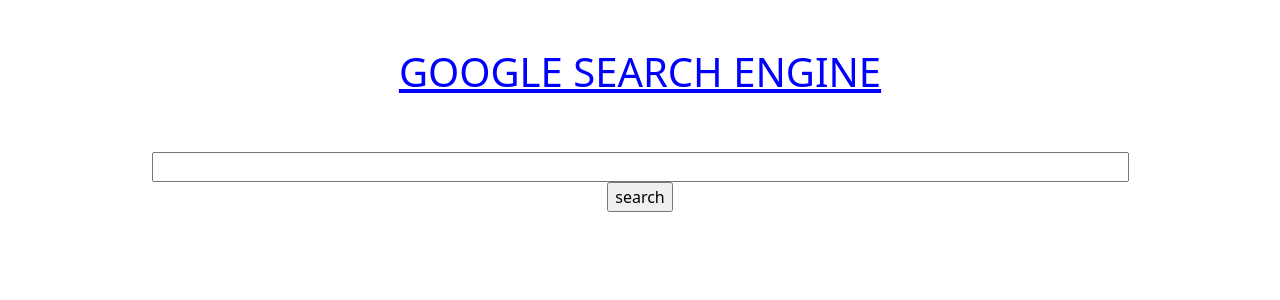
Repository: VOVALDASBHAVYA/SecondCommitedADVjava_servlets
Page: servltesProject/SendRedirectDemo/src/main/webapp/search.html
These files come from the project's save history. The page is drawn as it stood at one moment and after the next save; the edit follows.
The browser window is 1280 px wide. The pictures show the whole page.

Above is the page before, as saved 2022-10-18 10:56:09.

### servltesProject/SendRedirectDemo/src/main/webapp/search.html
<!DOCTYPE html>
<html>
<head>
<meta charset="ISO-8859-1">
<!-- CSS only -->
<link href="https://cdn.jsdelivr.net/npm/bootstrap@5.2.2/dist/css/bootstrap.min.css" rel="stylesheet" integrity="sha384-Zenh87qX5JnK2Jl0vWa8Ck2rdkQ2Bzep5IDxbcnCeuOxjzrPF/et3URy9Bv1WTRi" crossorigin="anonymous">
<!-- JavaScript Bundle with Popper -->
<script src="https://cdn.jsdelivr.net/npm/bootstrap@5.2.2/dist/js/bootstrap.bundle.min.js" integrity="sha384-OERcA2EqjJCMA+/3y+gxIOqMEjwtxJY7qPCqsdltbNJuaOe923+mo//f6V8Qbsw3" crossorigin="anonymous"></script>
<title>MY GOOGLE SEARCH</title>
</head>
<body>
<div class="container">
<br><br>
<center style=color:blue><h1><u>GOOGLE SEARCH ENGINE</u></h1></center>
<br><br>
<form action="./search" method="post">
<div class="mb-3">
<center><input type="text" name="data" size="100"/>
<br>
<input type="submit" value="search"/>
</center>
</div>
</form>
</div>
</body>
</html>

After the next save:
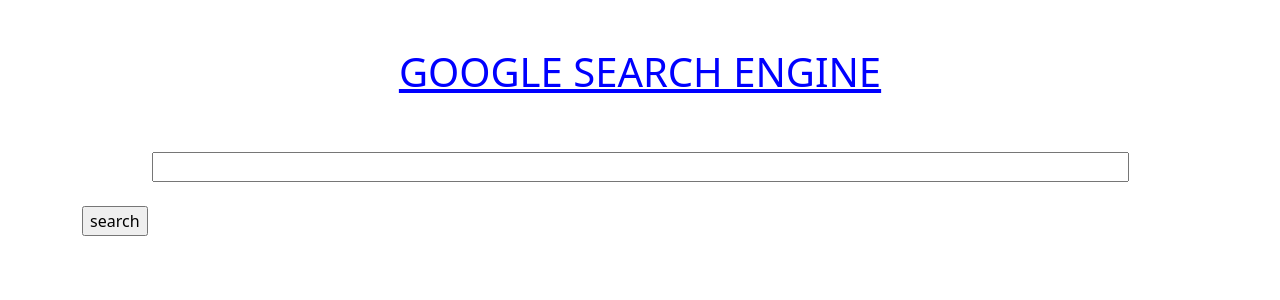
Saved 25 s later.
--- a/servltesProject/SendRedirectDemo/src/main/webapp/search.html
+++ b/servltesProject/SendRedirectDemo/src/main/webapp/search.html
@@ -15,10 +15,10 @@
 <br><br>
 <form action="./search" method="post">
 <div class="mb-3">
-<center><input type="text" name="data" size="100"/>
+<center><input type="text" name="data" size="100"/></center>
 <br>
 <input type="submit" value="search"/>
-</center>
+
 </div>
 </form>
 </div>
